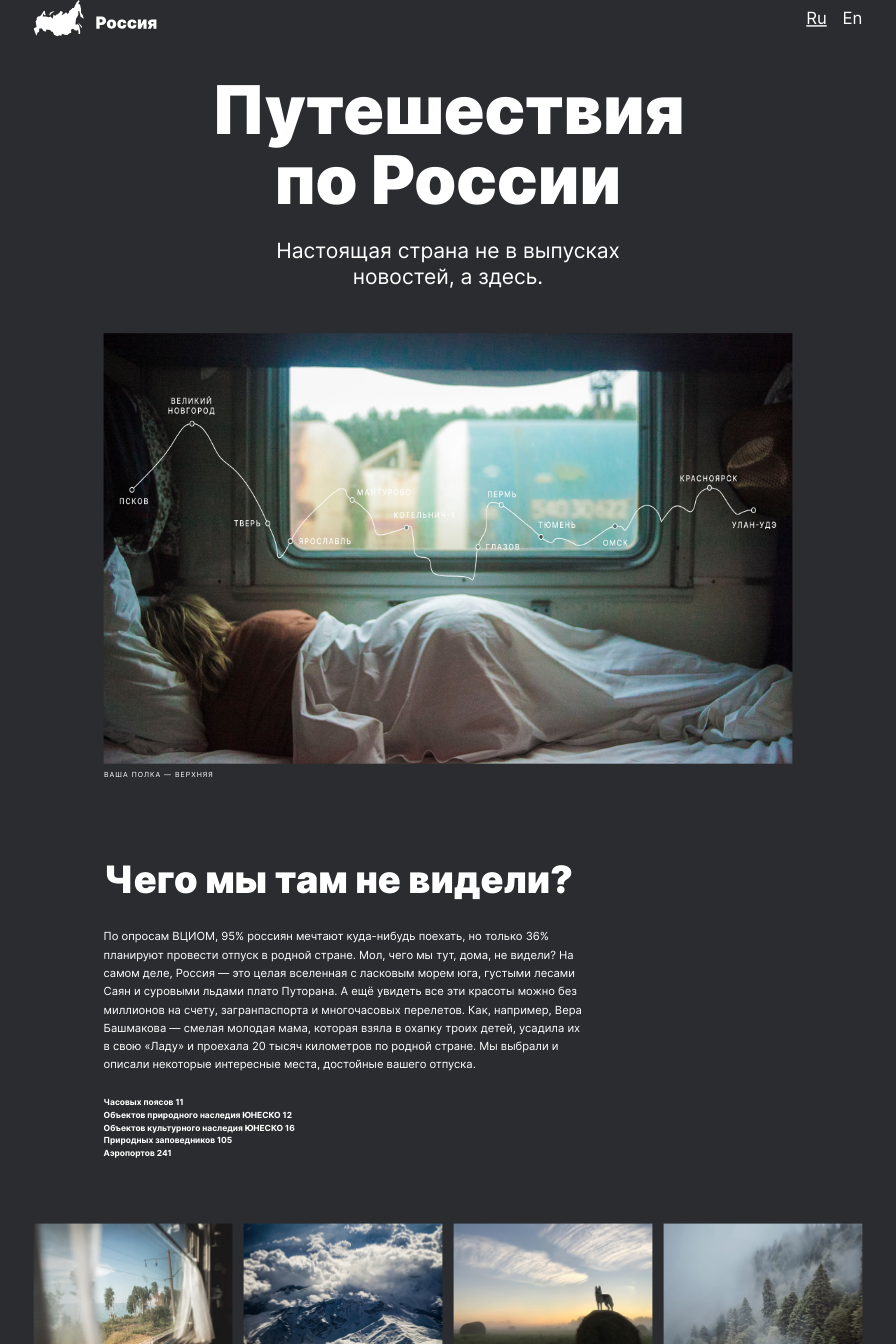
Repository: artemrgrs/russian-travel
Page: index.html
The author's editor kept a copy of each file at every save. The page is drawn from the files as they stood at one save, then again after the next save.
The browser window is 1280 px wide. The pictures show the part of the page from y = 0 to 1920 px (the page is 6932 px tall before and 6960 px after), at 70% of full size.

Above is the page before, as saved 2021-02-05 00:38:12.

After the next save:
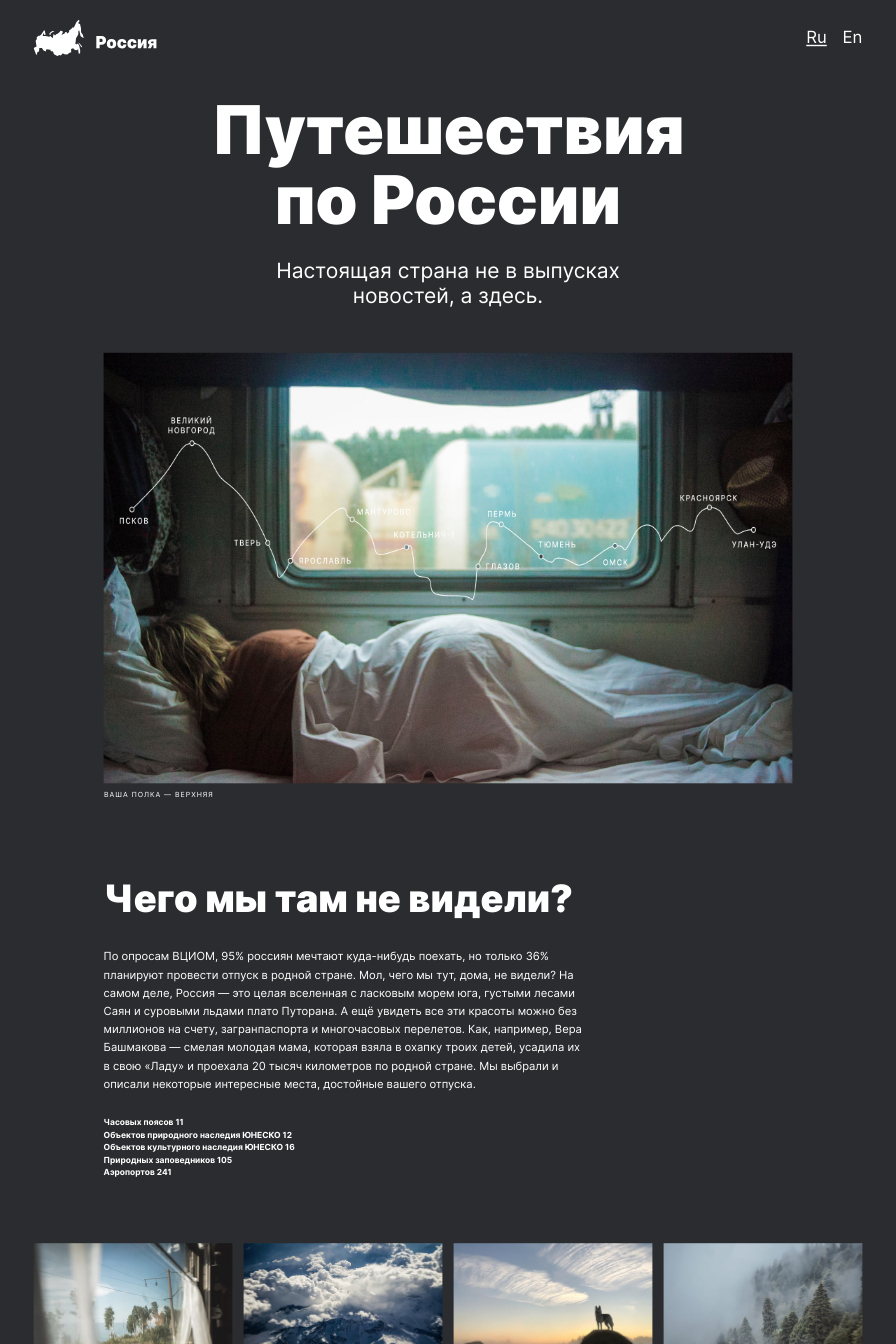
Saved 63 min 56 s later.
--- a/blocks/header/header.css
+++ b/blocks/header/header.css
@@ -5,7 +5,8 @@
     display: flex;
     justify-content: space-between;
     align-items: center;
-    padding: 28px auto 0;
+    padding: 0 auto;
+    padding-top: 28px;
 }
 
 @media screen and (max-width: 1279px) {
